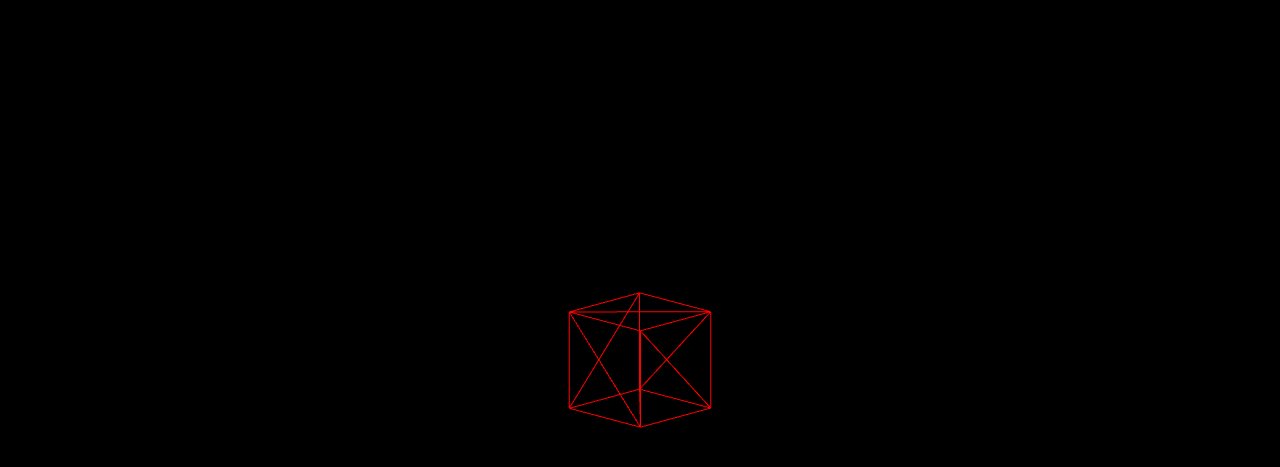
Repository: otterolie/multipleWindow3dScene
Page: multipleWindow3dScene/index.html
The author's editor kept a copy of each file at every save. The page is drawn from the files as they stood at one save, then again after the next save.
The browser window is 1280 px wide. The pictures show the whole page.

Above is the page before, as saved 2023-11-23 18:36:01.

After the next save:
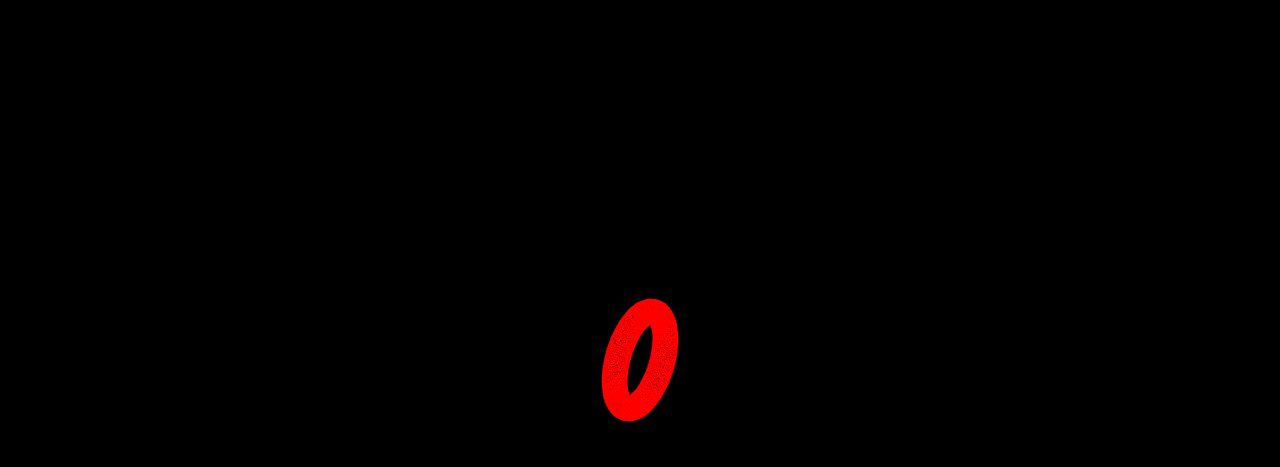
Saved 5 min 27 s later.
--- a/multipleWindow3dScene/main.js
+++ b/multipleWindow3dScene/main.js
@@ -4,7 +4,7 @@ const t = THREE;
 let camera, scene, renderer, world;
 let near, far;
 let pixR = window.devicePixelRatio ? window.devicePixelRatio : 1;
-let cubes = [];
+let tori = []; // renamed from 'cubes' to 'tori'
 let sceneOffsetTarget = { x: 0, y: 0 };
 let sceneOffset = { x: 0, y: 0 };
 
@@ -19,7 +19,6 @@ let internalTime = getTime();
 let windowManager;
 let initialized = false;
 
-// get time in seconds since beginning of the day (so that all windows use the same time)
 function getTime() {
   return (new Date().getTime() - today) / 1000.0;
 }
@@ -27,7 +26,6 @@ function getTime() {
 if (new URLSearchParams(window.location.search).get("clear")) {
   localStorage.clear();
 } else {
-  // this code is essential to circumvent that some browsers preload the content of some pages before you actually hit the url
   document.addEventListener("visibilitychange", () => {
     if (document.visibilityState != "hidden" && !initialized) {
       init();
@@ -42,8 +40,6 @@ if (new URLSearchParams(window.location.search).get("clear")) {
 
   function init() {
     initialized = true;
-
-    // add a short timeout because window.offsetX reports wrong values before a short period
     setTimeout(() => {
       setupScene();
       setupWindowManager();
@@ -87,52 +83,45 @@ if (new URLSearchParams(window.location.search).get("clear")) {
     windowManager.setWinShapeChangeCallback(updateWindowShape);
     windowManager.setWinChangeCallback(windowsUpdated);
 
-    // here you can add your custom metadata to each windows instance
     let metaData = { foo: "bar" };
-
-    // this will init the windowmanager and add this window to the centralised pool of windows
     windowManager.init(metaData);
 
-    // call update windows initially (it will later be called by the win change callback)
     windowsUpdated();
   }
 
   function windowsUpdated() {
-    updateNumberOfCubes();
+    updateNumberOfTori(); // renamed from updateNumberOfCubes
   }
 
-  function updateNumberOfCubes() {
+  function updateNumberOfTori() {
     let wins = windowManager.getWindows();
 
-    // remove all cubes
-    cubes.forEach((c) => {
+    tori.forEach((c) => {
       world.remove(c);
     });
 
-    cubes = [];
+    tori = [];
 
-    // add new cubes based on the current window setup
     for (let i = 0; i < wins.length; i++) {
       let win = wins[i];
 
       let c = new t.Color();
       c.setHSL(i * 0.1, 1.0, 0.5);
 
-      let s = 100 + i * 50;
-      let cube = new t.Mesh(
-        new t.BoxGeometry(s, s, s),
+      let s = 50 + i * 25;
+      let torus = new t.Mesh(
+        new t.TorusGeometry(s, s / 4, 16, 100),
         new t.MeshBasicMaterial({ color: c, wireframe: true })
       );
-      cube.position.x = win.shape.x + win.shape.w * 0.5;
-      cube.position.y = win.shape.y + win.shape.h * 0.5;
+      torus.position.x = win.shape.x + win.shape.w * 0.5;
+      torus.position.y = win.shape.y + win.shape.h * 0.5;
 
-      world.add(cube);
-      cubes.push(cube);
+      world.add(torus);
+      tori.push(torus);
     }
   }
 
   function updateWindowShape(easing = true) {
-    // storing the actual offset in a proxy that we update against in the render function
     sceneOffsetTarget = { x: -window.screenX, y: -window.screenY };
     if (!easing) sceneOffset = sceneOffsetTarget;
   }
@@ -142,43 +131,43 @@ if (new URLSearchParams(window.location.search).get("clear")) {
 
     windowManager.update();
 
-    // calculate the new position based on the delta between current offset and new offset times a falloff value (to create the nice smoothing effect)
+    // Calculate the new position based on the offset delta times a falloff value for smooth effect
     let falloff = 0.05;
     sceneOffset.x =
       sceneOffset.x + (sceneOffsetTarget.x - sceneOffset.x) * falloff;
     sceneOffset.y =
       sceneOffset.y + (sceneOffsetTarget.y - sceneOffset.y) * falloff;
 
-    // set the world position to the offset
+    // Set the world position to the offset
     world.position.x = sceneOffset.x;
     world.position.y = sceneOffset.y;
 
     let wins = windowManager.getWindows();
 
-    // loop through all our cubes and update their positions based on current window positions
-    for (let i = 0; i < cubes.length; i++) {
-      let cube = cubes[i];
+    // Loop through all tori and update their positions and rotations based on current window positions
+    for (let i = 0; i < tori.length; i++) {
+      let torus = tori[i];
       let win = wins[i];
-      let _t = t; // + i * .2;
 
       let posTarget = {
         x: win.shape.x + win.shape.w * 0.5,
         y: win.shape.y + win.shape.h * 0.5,
       };
 
-      cube.position.x =
-        cube.position.x + (posTarget.x - cube.position.x) * falloff;
-      cube.position.y =
-        cube.position.y + (posTarget.y - cube.position.y) * falloff;
-      cube.rotation.x = _t * 0.5;
-      cube.rotation.y = _t * 0.3;
+      torus.position.x =
+        torus.position.x + (posTarget.x - torus.position.x) * falloff;
+      torus.position.y =
+        torus.position.y + (posTarget.y - torus.position.y) * falloff;
+
+      // Adjust rotation logic for tori
+      torus.rotation.x = t * 0.2; // Adjust rotation speed and axis as needed
+      torus.rotation.y = t * 0.4;
     }
 
     renderer.render(scene, camera);
     requestAnimationFrame(render);
   }
 
-  // resize the renderer to fit the window size
   function resize() {
     let width = window.innerWidth;
     let height = window.innerHeight;
